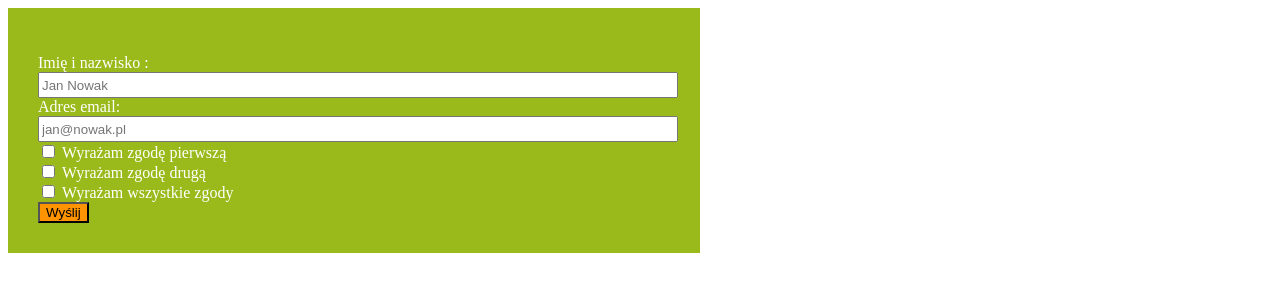
Repository: magdaf41/JavaScript
Page: JS DOM zadanie_5/index.html
The author's editor kept a copy of each file at every save. The page is drawn from the files as they stood at one save, then again after the next save.
The browser window is 1280 px wide. The pictures show the whole page.

Above is the page before, as saved 2020-09-06 17:56:06.

### JS DOM zadanie_5/index.html
<!DOCTYPE html>
<html lang="en">

<head>
    <meta charset="UTF-8">
    <meta name="viewport" content="width=device-width, initial-scale=1.0">
    <title>Warsztat 3 - Walidacja formularza</title>
    <link rel="stylesheet" href="css/style.css">
</head>

<body>
    <form id="newsletter-form" action="">

        <ul id="errors"></ul>
        <label for="name">Imię  i nazwisko : </label><br>
        <input type="text" name="name" id="name" placeholder="Jan Nowak"><br>
        <label for="email">Adres email:  </label><br>
        <input type="email" name="email" id="email" placeholder="jan@nowak.pl"><br>


        <input type="checkbox" name="accept_1" id="accept_1">
        <label for="accept_1">Wyrażam zgodę pierwszą</label><br>
        <input type="checkbox" name="accept_2" id="accept_2">
        <label for="accept_2">Wyrażam zgodę drugą</label><br>
        <input type="checkbox" name="allAccept" id="allAccept">
        <label for="allAccept">Wyrażam wszystkie zgody</label><br>

         <button type="submit" id="send">Wyślij</button>
    </form>


    <script src="js/script.js"></script>
</body>

</html>

### JS DOM zadanie_5/css/style.css
form#newsletter-form {
background-color: rgb(154,186,27);
font-size: 16px;
color: #ffffff;
padding: 30px;
width: 50%;
}

input, label {
    display: inline-block;
}

input[type='text'], input[type='email'] {
    height: 20px;
    width: 100%;
}

button[type='submit']{
    background-color: #ff9300;
}

### JS DOM zadanie_5/js/script.js
let form = document.getElementById('newsletter-form');
let allAcceptChx = document.getElementById('allAccept');


const validate = (event) => {

    let txtName = document.getElementById('name')
    let txtEmail = document.getElementById('email');
    let accept1 = document.getElementById('accept_1');
    let errors = document.getElementById('errors');

    errors.innerHTML = "";

    if (txtName.value.trim() === "") {
        let liError = document.createElement('li')
        liError.innerText = "Wpisz imię i nazwisko!"

        errors.appendChild(liError);
    }

    if (!txtEmail.value.includes('@')) {
        let liError = document.createElement('li')
        liError.innerText = "Adres email musi zawierać znak @"

        errors.appendChild(liError);
    }

    if (txtEmail.value.trim() === "") {
        let liError = document.createElement('li')
        liError.innerText = "Wpisz adres email!"

        errors.appendChild(liError);
    }

    if (!accept1.checked) {
        let liError = document.createElement('li')
        liError.innerText = "Nie wyraziłeś zgody 1"

        errors.appendChild(liError);
    }

    if (errors.children.length > 0) {
        event.preventDefault();
    }
}



const allAccept = (event) => {
    let accept1 = document.getElementById('accept_1');
    let accept2 = document.getElementById('accept_2');

    accept1.checked = event.target.checked;
    accept2.checked = event.target.checked;
    // console.log(event.target.checked);
    accept1.disabled = event.target.checked;
    accept2.disabled = event.target.checked;
}



form.addEventListener('submit', validate);
allAcceptChx.addEventListener('change', allAccept);

After the next save:
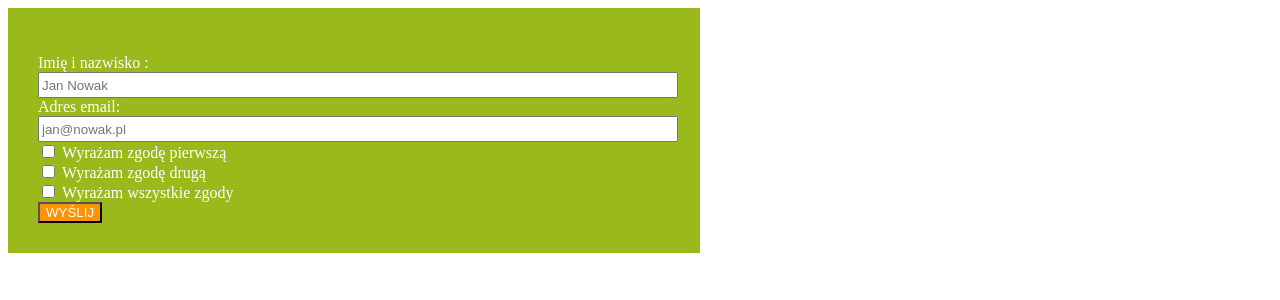
Saved 26 s later.
--- a/JS DOM zadanie_5/css/style.css
+++ b/JS DOM zadanie_5/css/style.css
@@ -17,4 +17,6 @@ input[type='text'], input[type='email'] {
 
 button[type='submit']{
     background-color: #ff9300;
+    color: #ffffff;
+    text-transform: uppercase;
 }
